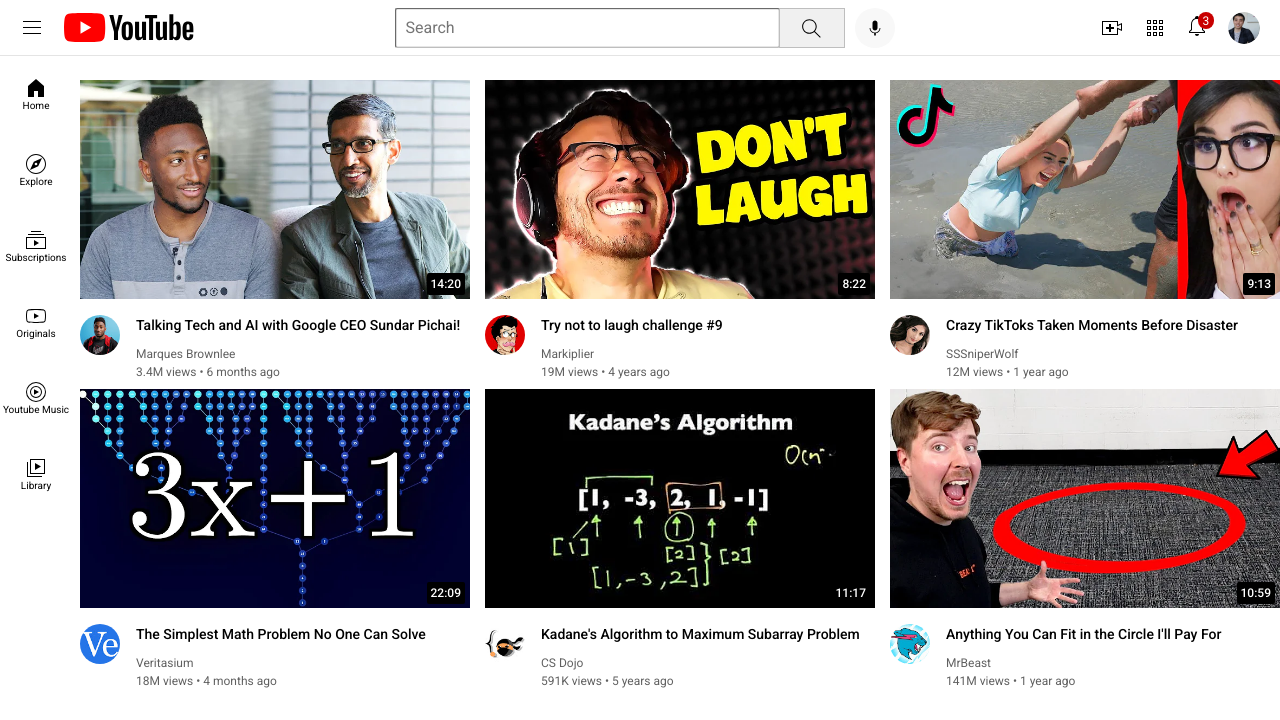
Repository: idahcarts-ux/html-css
Page: youtube.html
These files come from the project's save history. The page is drawn as it stood at one moment and after the next save; the edit follows.
The browser window is 1280 px wide. The pictures show the whole page.

Above is the page before, as saved 2025-11-20 21:16:30.

After the next save:
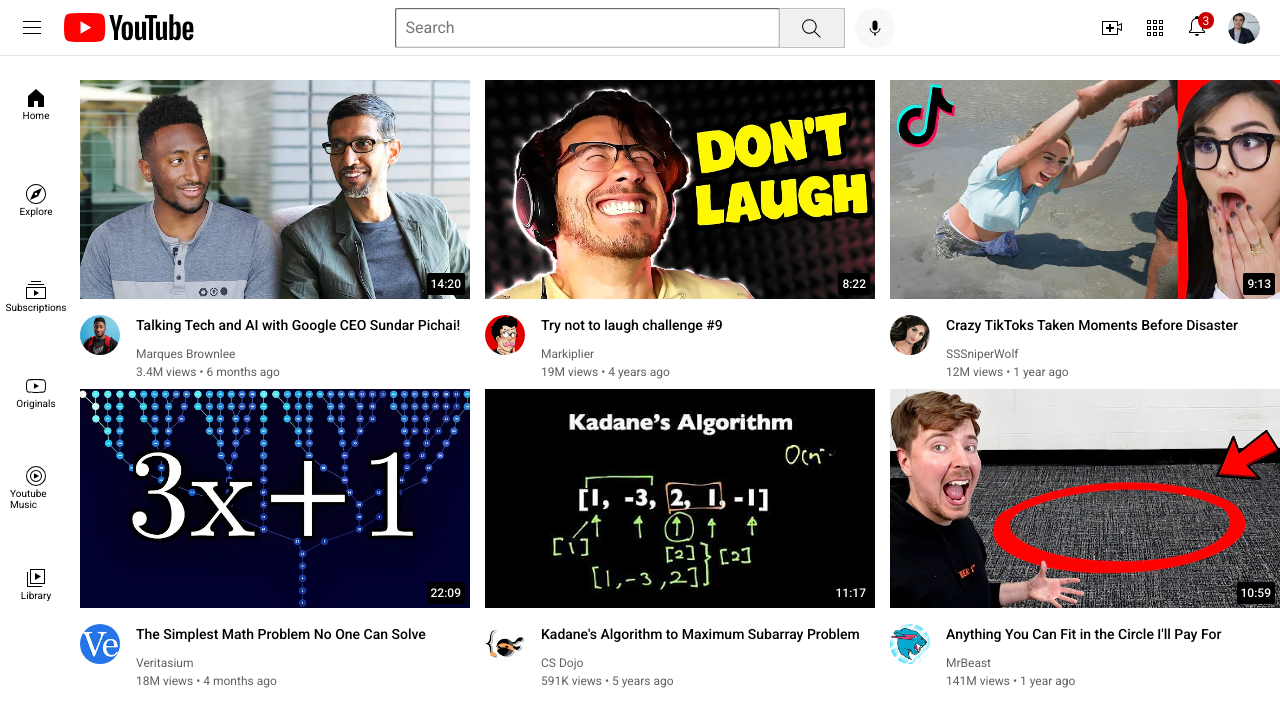
Saved 8 s later.
--- a/styles/sidebar.css
+++ b/styles/sidebar.css
@@ -13,7 +13,7 @@
   justify-content: center;
   align-items: center;
   flex-direction: column;
-  padding:px;
+  padding:10px;
 
 }
 .sidebar-link:hover {
